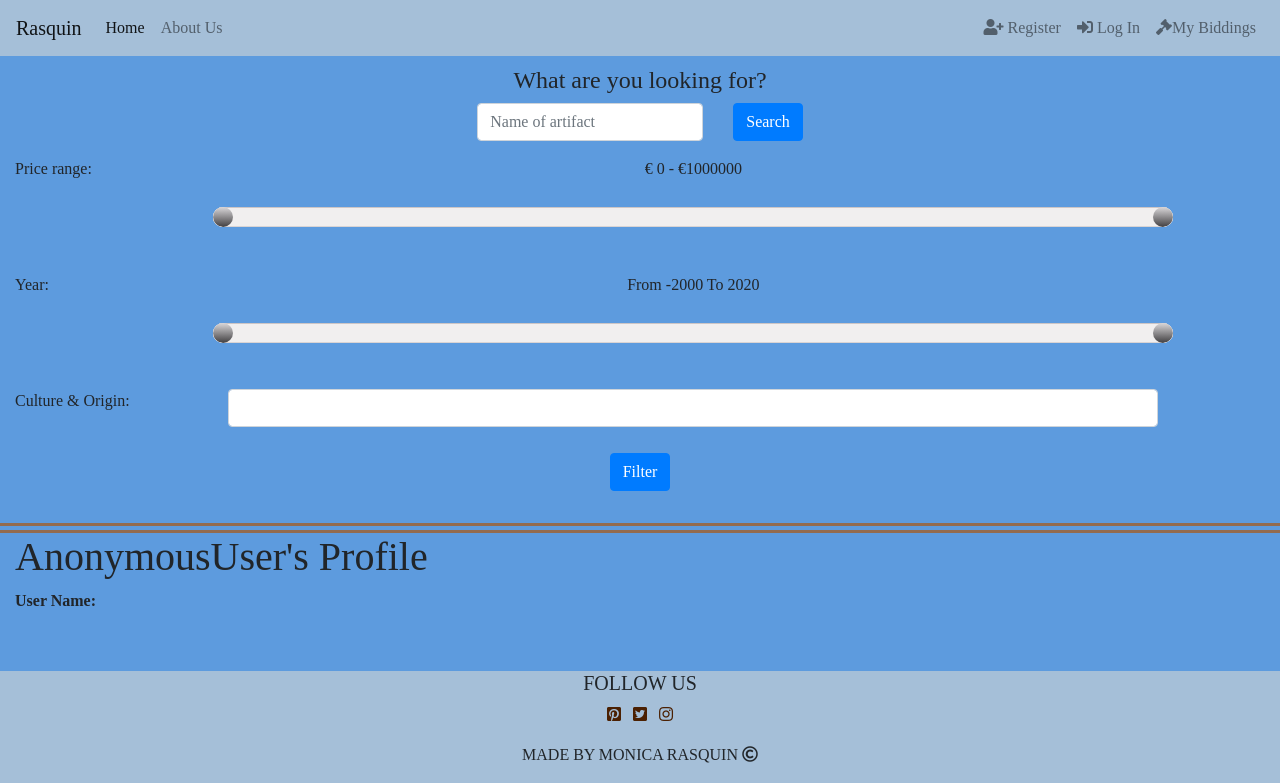
Repository: Rasquin/auction
Page: accounts/templates/profile.html
The author's editor kept a record of every edit. The page is drawn from the files as they stood at one moment, then again after the next edit.
The browser window is 1280 px wide. The pictures show the whole page.
The template is drawn by Django 2.2. The application's start-up code is not run. Other server files are loaded and not shown. The template is opened directly, without the code that normally fills it, so the values that code supplies are empty.

Above is the page before.

### accounts/templates/profile.html
{% extends 'base.html' %}

{% block page_title %}{{ user }}'s Profile{% endblock %}


{% block content %}

<h1>{{ user }}'s Profile</h1>

<div class="row">
    <div class="col-12">
        <p class="font-weight-bold">User Name:</p>
    </div>
    <div class="col-12">
        <p>{{ profile.name }}</p>
    </div>
</div>
<p>{{ profile.email }}</p>
{% endblock %}

### templates/base.html
<!DOCTYPE html>

{% load staticfiles %}

<html lang="en">

<head>
    <meta charset="UTF-8">
    <meta name="viewport" content="width=device-width, initial-scale=1.0">
    <meta http-equiv="X-UA-Compatible" content="ie=edge">

    <!-- Bootstrap compiled and minified CSS -->
    <link rel="stylesheet" href="https://stackpath.bootstrapcdn.com/bootstrap/4.3.1/css/bootstrap.min.css" integrity="sha384-ggOyR0iXCbMQv3Xipma34MD+dH/1fQ784/j6cY/iJTQUOhcWr7x9JvoRxT2MZw1T" crossorigin="anonymous">

    <!-- Font Awesome compiled and minified CSS -->
    <link rel="stylesheet" href="{% static 'font-awesome/css/all.css' %}">



    <!-- Own CSS -->
    <link rel="stylesheet" href="{% static 'css/mystyle.css' %}" type="text/css" />


    <!-- Own Scripts -->
    <script type="text/javascript" src="{% static 'js/myscript.js' %}"></script>


    <title>{% block page_title %}{% endblock %}</title>

</head>


<body>
    <!-- NavBar area -  Fixed masthead -->
    <nav class="navbar navbar-expand-lg navbar-light bg-light">
        <a class="navbar-brand" href="#">Rasquin</a>
        <button class="navbar-toggler" type="button" data-toggle="collapse" data-target="#navbarSupportedContent" aria-controls="navbarSupportedContent" aria-expanded="false" aria-label="Toggle navigation">
            <span class="navbar-toggler-icon"></span>
        </button>

        <div class="collapse navbar-collapse" id="navbarSupportedContent">
            <ul class="navbar-nav mr-auto">
                <li class="nav-item active">
                    <a class="nav-link" href="{% url 'index' %}">Home <span class="sr-only">(current)</span></a>
                </li>
                <li class="nav-item">
                    <a class="nav-link" href="#">About Us</a>
                </li>
            </ul>
            <ul class="navbar-nav navbar-right">
                    {% if user.is_authenticated %}
                        <li class="nav-item">
                            <a class="nav-link" href="{% url 'profile' %}"><i class="fa fa-user"></i> Profile</a>
                        </li>
                        <li class="nav-item">
                            <a class="nav-link" href="{% url 'logout' %}"><i class="fa fa-sign-out-alt"></i> Log Out</a>
                        </li>
                    {%  else %}
                        <li class="nav-item">
                            <a class="nav-link" href="{% url 'register' %}"><i class="fa fa-user-plus"></i> Register</a>
                        </li>
                        <li class="nav-item">
                            <a class="nav-link" href="{% url 'login' %}"><i class="fa fa-sign-in-alt"></i> Log In</a>
                        </li>
                    {% endif %}
                        <li class="nav-item">
                            <a class="nav-link" href="{% url 'view_my_biddings' %}">
                                <i class="fas fa-gavel"></i>My Biddings
                                {% if product_count > 0 %}
                                <label class="badge badge-warning">{{ product_count }}</label>
                                {% endif %}
                            </a>
                        </li>

                </ul>
        </div>
    </nav>

    <!-- Messages area -->
    {% if messages %}
        <div class="alert alert-success">
            <div class="messages">
                {% for message in messages %}
                    {{ message }}
                {% endfor %}
            </div>
        </div>
    {% endif %}

    <div class="container-general">
        <!-- Search area -->
        <div class="container-fluid border-bottom-double">
            <h4 class="text-center"> What are you looking for?</h4>
            <div class="row ">

                <!-- Search by name -->
                <form action="{% url 'search_by_name' %}" method="get" class="col-12">
                    {% csrf_token %}
                    <div class="form-group">
                        <div class="row justify-content-center">
                            <div class="col-auto">
                                <input type="text" class="form-control" id="artifact_name" name="artifact_name" required placeholder="Name of artifact">
                            </div>
                            <div class="col-auto">
                                <button class="btn btn-primary" type="search">Search</button>
                            </div>
                        </div>
                    </div>
                </form>

                <!-- Filters -->
                <form action="{% url 'filters' %}" method="post" class="col-12">
                    {% csrf_token %}

                    <!-- Price Filter -->
                    <div class="form-group">
                        <div class="row">
                            <div class="col-12 col-md-2">
                                <p>
                                    <label for="amount">Price range:</label>

                                </p>
                            </div>
                            <div class="col-12 col-md-9">

                                <section class="range-slider-price range-slider">

                                    <span class="rangePriceValues rangeValues"></span>
                                    <input value="0" min="0" max="1000000" step="500" type="range" name="min_price">
                                    <input value="1000000" min="0" max="1000000" step="500" type="range" name="max_price">
                                </section>
                            </div>
                        </div>
                    </div>
                    <!-- Year Filter -->
                    <div class="form-group">
                        <div class="row">
                            <div class="col-12 col-md-2">
                                <p>
                                    <label for="amount">Year:</label>

                                </p>
                            </div>
                            <div class="col-12 col-md-9">

                                <section class="range-slider-year range-slider">

                                    <span class="rangeYearValues"></span>
                                    <input value="-2000" min="-2000" max="2020" step="20" type="range" name="min_year">
                                    <input value="2020" min="-2000" max="2020" step="20" type="range" name="max_year">
                                </section>
                            </div>
                        </div>
                    </div>
                    <!-- Origin Filter -->
                    <div class="form-group">
                        <div class="row">
                            <div class="col-12 col-md-2">
                                <p>
                                    <label for="origin">Culture & Origin:</label>

                                </p>
                            </div>
                            <div class="col-12 col-md-9">
                                <input type="text" class="form-control" id="artifact_origin" name="artifact_origin" value="">
                            </div>
                        </div>
                    </div>
                    <!-- Filter Button -->
                    <div class="form-group">
                        <div class="row">
                            <div class="col-12">
                                <p class="text-center">
                                    <button class="btn btn-primary" type="search">Filter</button>
                                </p>
                            </div>
                    </div>
                    </div>

                </form>

            </div>
        </div>

        <!-- Block content area -->
        <div class="container-fluid">
            {% block content %} {% endblock %}
        </div>

    </div>

    <!-- Footer area -->
    <footer class="container-fluid">


        <!-- SOCIAL MEDIA-->
        <div class="row ">
            <div class="col-12 text-center">
                <h5 class="text-uppercase">Follow Us</h5>
                <ul class="list-inline social-links">
                    <li class="list-inline-item"><a href="#"><i class="fab fa-pinterest-square"  aria-hidden="true"></i></a></li>
                    <li class="list-inline-item"><a href="#"><i class="fab fa-twitter-square" aria-hidden="true"></i></a></li>
                    <li class="list-inline-item"><a href="#"><i class="fab fa-instagram" aria-hidden="true"></i></a></li>
                </ul>
            </div>
        </div>

        <!--COPYRIGHT-->
        <div class="row ">
            <div class="col-12">

                <p class="text-center text-uppercase">Made by Monica Rasquin <i class="far fa-copyright"></i> </p>
            </div>
        </div>
    </footer>


    <!-- Bootstrap compiled and minified JavaScript -->
    <script src="https://code.jquery.com/jquery-3.3.1.slim.min.js" integrity="sha384-q8i/X+965DzO0rT7abK41JStQIAqVgRVzpbzo5smXKp4YfRvH+8abtTE1Pi6jizo" crossorigin="anonymous"></script>
    <script src="https://cdnjs.cloudflare.com/ajax/libs/popper.js/1.14.7/umd/popper.min.js" integrity="sha384-UO2eT0CpHqdSJQ6hJty5KVphtPhzWj9WO1clHTMGa3JDZwrnQq4sF86dIHNDz0W1" crossorigin="anonymous"></script>
    <script src="https://stackpath.bootstrapcdn.com/bootstrap/4.3.1/js/bootstrap.min.js" integrity="sha384-JjSmVgyd0p3pXB1rRibZUAYoIIy6OrQ6VrjIEaFf/nJGzIxFDsf4x0xIM+B07jRM" crossorigin="anonymous"></script>

</body>
</html>

### static/js/myscript.js
//--------------------------------------Slider for Prices filter
function getPriceVals() {
    // Get slider price values
    var parent = this.parentNode;
    var slides = parent.getElementsByTagName("input");
    var slide1 = parseFloat(slides[0].value);
    var slide2 = parseFloat(slides[1].value);
    // Neither slider will clip the other, so make sure we determine which is larger
    if (slide1 > slide2) { var tmp = slide2;
        slide2 = slide1;
        slide1 = tmp; }

    var displayElement = parent.getElementsByClassName("rangePriceValues")[0];
    displayElement.innerHTML = "€ " + slide1 + " - €" + slide2;
}

//--------------------------------------Slider for Year filter
function getYearVals() {
    // Get Year slider values
    var parent = this.parentNode;
    var slides = parent.getElementsByTagName("input");
    var slide1 = parseFloat(slides[0].value);
    var slide2 = parseFloat(slides[1].value);
    // Neither slider will clip the other, so make sure we determine which is larger
    if (slide1 > slide2) { var tmp = slide2;
        slide2 = slide1;
        slide1 = tmp; }

    var displayElement = parent.getElementsByClassName("rangeYearValues")[0];
    displayElement.innerHTML = "From " + slide1 + " To " + slide2;
}

//----------------------------------------------- Initialize Sliders
window.onload = function() {
    // For Price
    var sliderSectionsPrice = document.getElementsByClassName("range-slider-price");
    for (var x = 0; x < sliderSectionsPrice.length; x++) {
        var slidersPrice = sliderSectionsPrice[x].getElementsByTagName("input");
        for (var y = 0; y < slidersPrice.length; y++) {
            if (slidersPrice[y].type === "range") {
                slidersPrice[y].oninput = getPriceVals;
                // Manually trigger event first time to display values
                slidersPrice[y].oninput();
            }
        }
    }
    // For Year
    var sliderSectionsYear = document.getElementsByClassName("range-slider-year");
    for (var x = 0; x < sliderSectionsYear.length; x++) {
        var slidersYear = sliderSectionsYear[x].getElementsByTagName("input");
        for (var y = 0; y < slidersYear.length; y++) {
            if (slidersYear[y].type === "range") {
                slidersYear[y].oninput = getYearVals;
                // Manually trigger event first time to display values
                slidersYear[y].oninput();
            }
        }
    }
}

Loaded but not shown: static/font-awesome/css/all.css (library); static/css/mystyle.css (common file)

After the next edit:
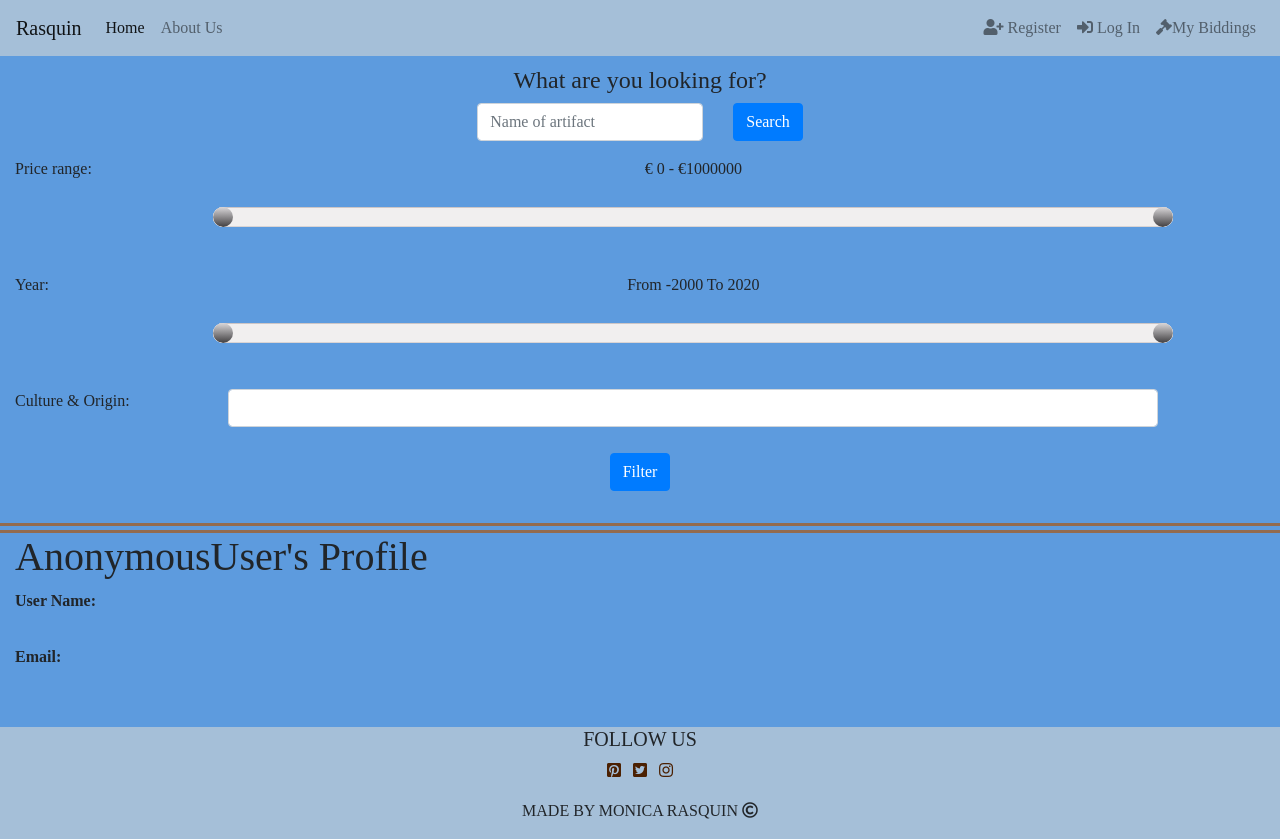
The edit:
--- a/accounts/templates/profile.html
+++ b/accounts/templates/profile.html
@@ -15,5 +15,13 @@
         <p>{{ profile.name }}</p>
     </div>
 </div>
+<div class="row">
+    <div class="col-12">
+        <p class="font-weight-bold">Email:</p>
+    </div>
+    <div class="col-12">
+        <p>{{ profile.name }}</p>
+    </div>
+</div>
 <p>{{ profile.email }}</p>
 {% endblock %}
